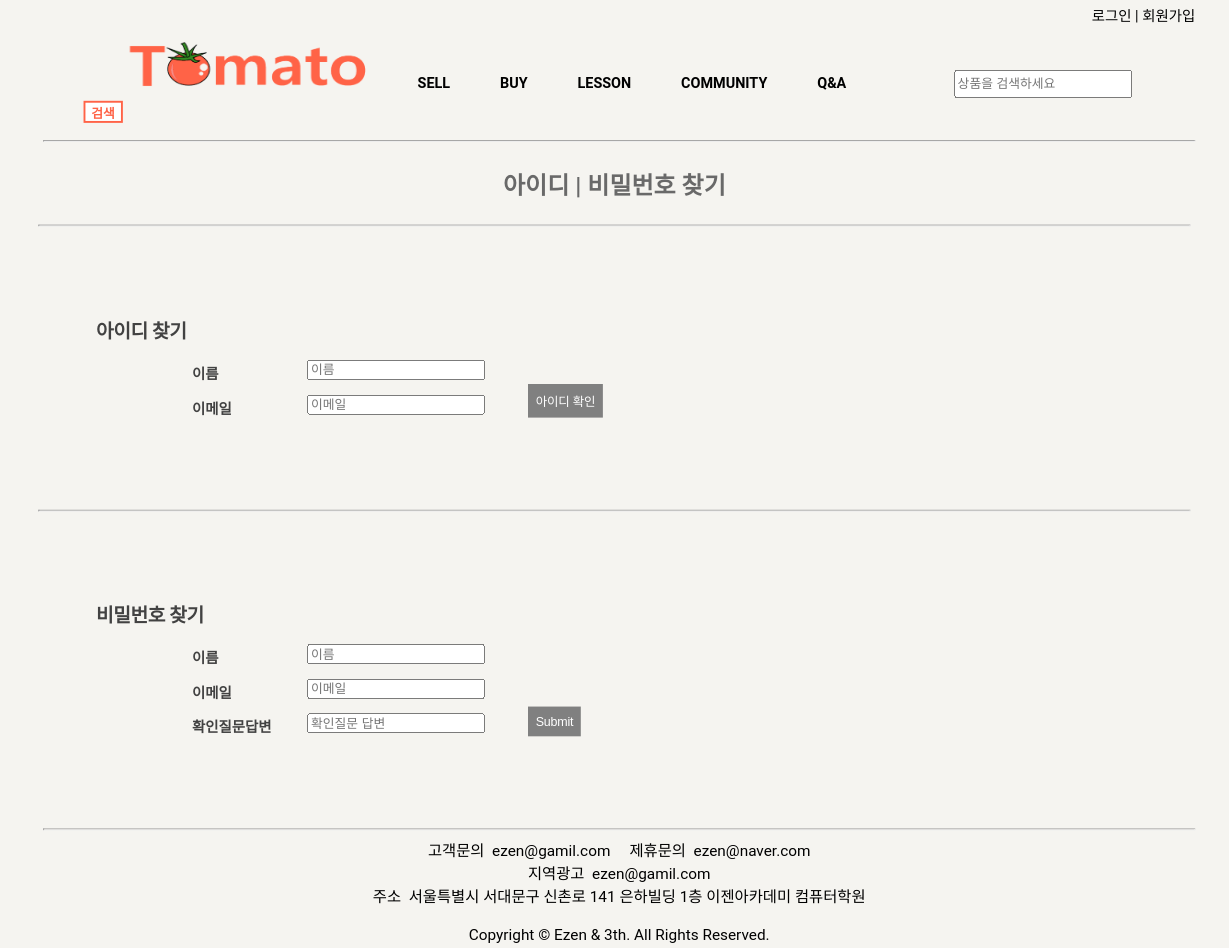
Repository: javadogfoot/semi-project
Page: http://localhost/tomato/member/find_IdPwd.jsp
An editor plug-in stored every save of this project. The page is shown before and after the next save, followed by the edit.
The browser window is 1280 px wide. The pictures show the whole page, at 96% of full size.
The page is served by Tomcat 9.

Above is the page before, as saved 2021-10-18 13:31:50.

After the next save:
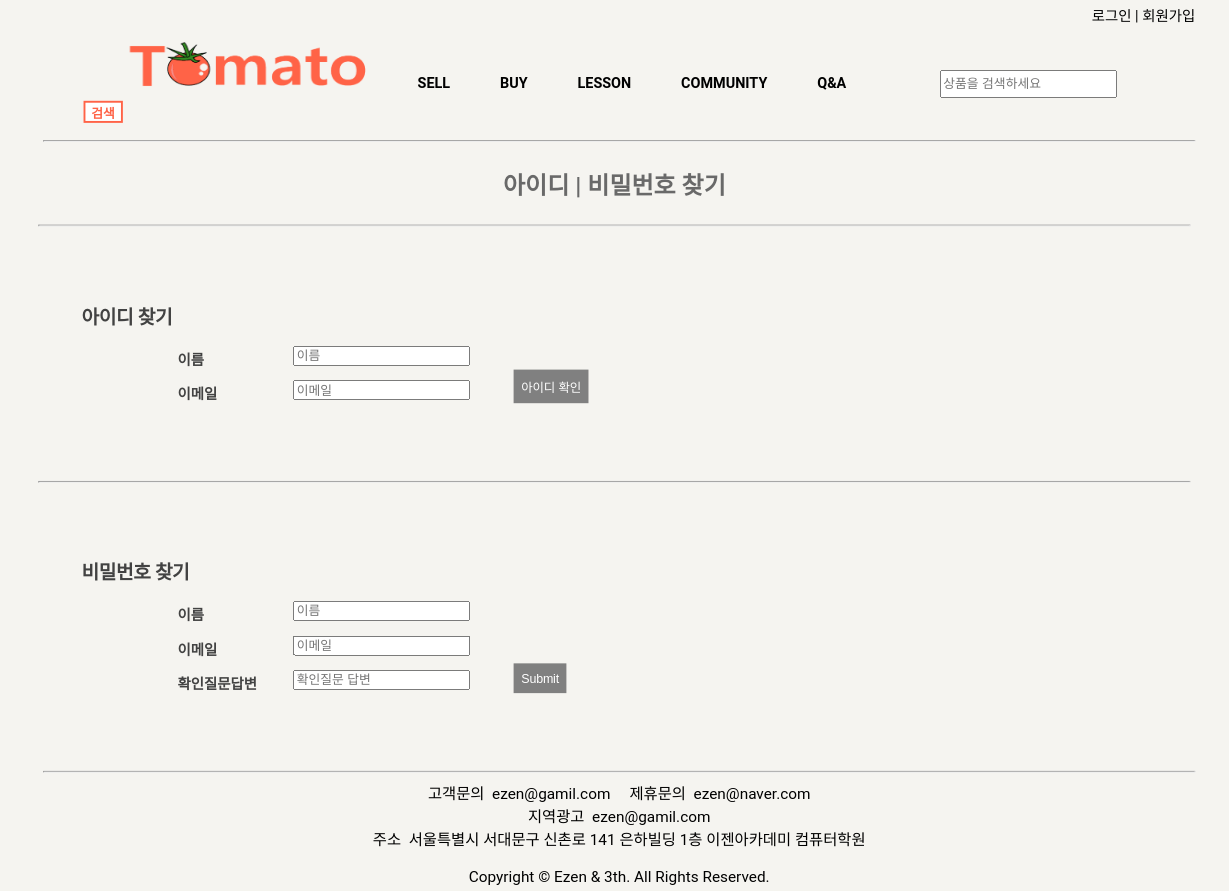
Saved 16 s later.
--- a/semi프로젝트워크스페이스/tomato/src/main/webapp/member/find_IdPwd.jsp
+++ b/semi프로젝트워크스페이스/tomato/src/main/webapp/member/find_IdPwd.jsp
@@ -36,7 +36,7 @@ h3{
      margin-bottom: 15px;
  }
  form{
-     padding: 60px;
+     padding: 45px;
  }
  .id_box{
      position: relative;
